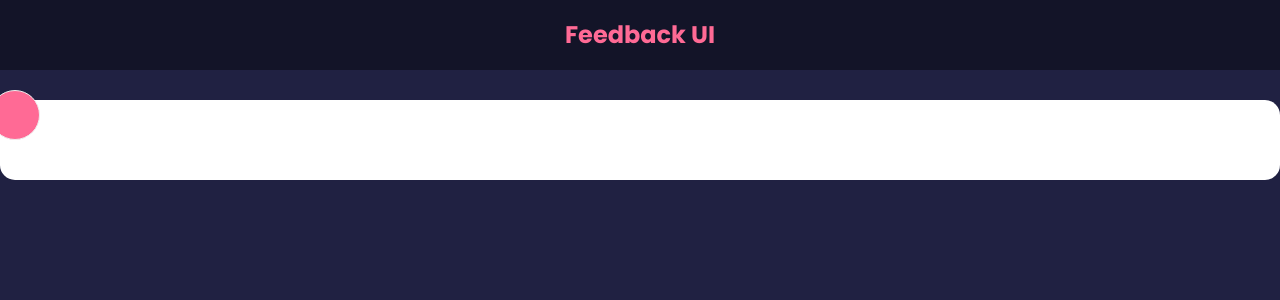
Repository: minhtien9/Feedback_App
Page: /
An editor plug-in stored every save of this project. The page is shown before and after the next save, followed by the edit.
The browser window is 1280 px wide. The pictures show the whole page.
The project was rebuilt for these pictures with package versions that can differ from the ones it lists, and the page was loaded fresh each time.

Above is the page before, as saved 2022-02-17 17:56:09.

After the next save:
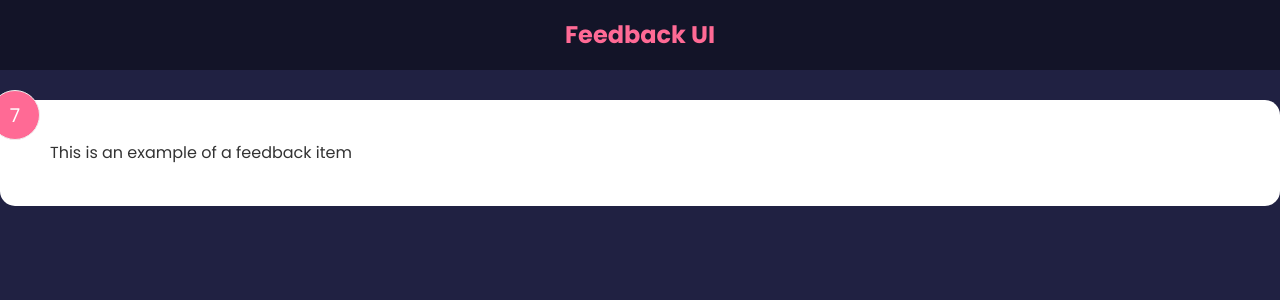
Saved 16 s later.
--- a/src/components/FeedbackItem.jsx
+++ b/src/components/FeedbackItem.jsx
@@ -9,8 +9,8 @@ function FeedbackItem(props) {
     return (
         <div>
             <div className='card'>
-                <div className='num-display'></div>
-                <div className='text-display'></div>
+                <div className='num-display'>{rating}</div>
+                <div className='text-display'>{text}</div>
             </div>
         </div>
     )
